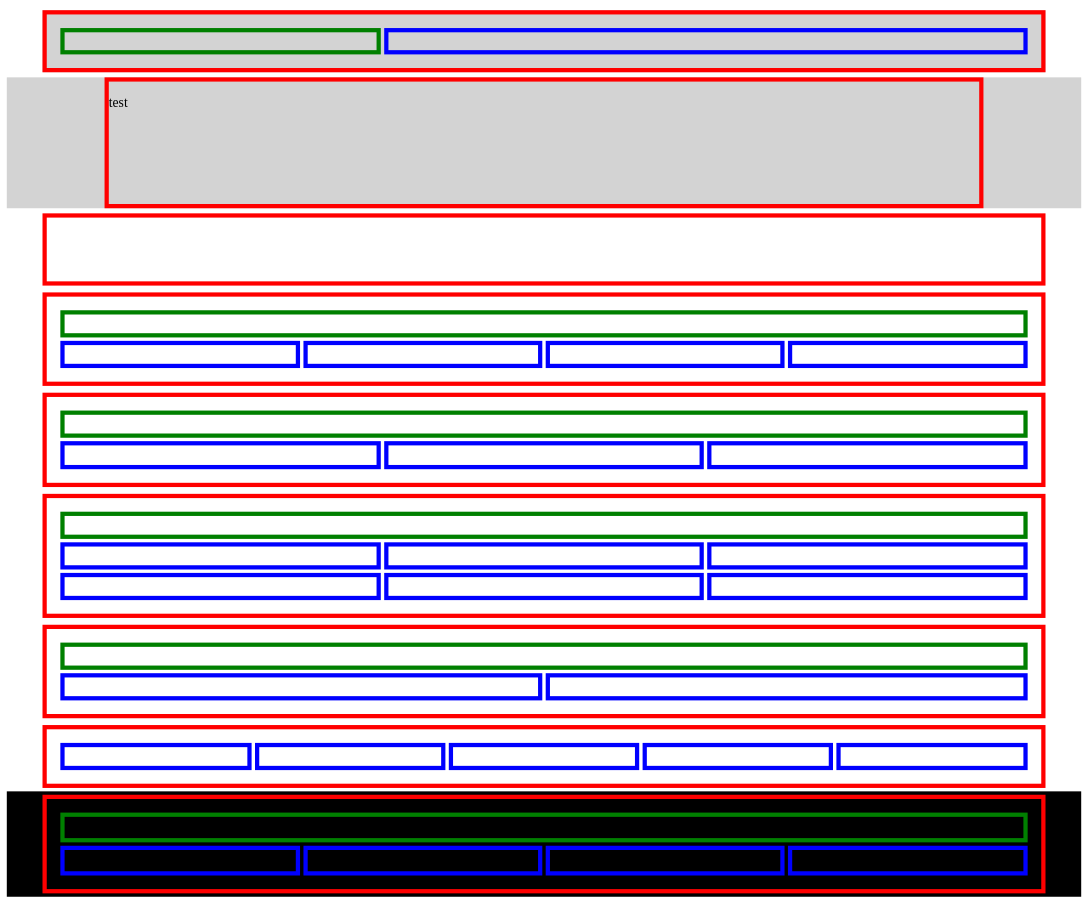
Repository: anderscederberg11/LAB2BG
Page: index.html
These files come from the project's save history. The page is drawn as it stood at one moment and after the next save; the edit follows.
The browser window is 1280 px wide. The pictures show the whole page, at 85% of full size.

Above is the page before, as saved 2024-01-30 23:03:14.

### index.html
<!doctype html>
<html class="no-js" lang="en">

<head>
  <meta charset="utf-8">
  <meta name="viewport" content="width=device-width, initial-scale=1">
  <title>Sebastians Wonderful Website</title>
  <link rel="stylesheet" href="css/style.css">
  <meta name="description" content="sebastians website">
  <meta property="og:title" content="Sebastians Wonderful Website">
  <meta property="og:type" content="website">
  <meta property="og:url" content="https://www.SebastianWebsite.com">
  <!--<meta property="og:image" content=""> -->

  <link rel="icon" href="/favicon.ico" sizes="any">
  <link rel="icon" href="/icon.svg" type="image/svg+xml">
  <link rel="apple-touch-icon" href="icon.png">

</head>
    <body class="displayContainer">

        <header class="headerContainer">
            <div class="headerTitleContainer">
                <h1 class="title"></h1>
            </div>
            <div class="headerImageContainer"></div>
        </header>

        <div class="sectionOne">
            <div class="sectionOneImage">
                <div class="sectionOneList">
                    <p>test</p>
                </div>
                <!-- image -->
            </div>
        </div>

        <div class="sectionTwo">
            <h1 class="title"></h1>
        </div>

        <div class="sectionThree">
            <div class="headerSectionThree">
                <h2 class="secondHeader"></h2>
                <h5 class="subHeader"></h5>
            </div>
            <div class="card"></div>
            <div class="card"></div>
            <div class="card"></div>
            <div class="card"></div>
        </div>

        <div class="sectionFour">
            <div class="headerSectionFour">
                <h2 class="secondHeader"></h2>
                <h5 class="subHeader"></h5>
            </div>
            <div class="card-special"></div>
            <div class="card"></div>
            <div class="card"></div>
        </div>

        <div class="sectionFive">
            <div class="headerSectionFive">
                <h2 class="secondHeader"></h2>
                <h5 class="subHeader"></h5>
            </div>
            <div class="card"></div>
            <div class="card"></div>
            <div class="card"></div>
            <div class="card"></div>
            <div class="card"></div>
            <div class="card"></div>
        </div>

        <div class="sectionSix">
            <div class="headerSectionSix">
                <h2 class="secondHeader"></h2>
                <h5 class="subHeader"></h5>
            </div>
            <div class="card-special"></div>
            <div class="card-special"></div>
        </div>

        <div class="sectionSeven">
            <div class="card"></div>
            <div class="card"></div>
            <div class="card"></div>
            <div class="card"></div>
            <div class="card"></div>
        </div>

        <footer class="footerContainer">
            <div class="sectionFooter">
                <div class="footerInfo"><h6></h6></div>
                <div class="footerInfoCard"><h4></h4></div>
                <div class="footerInfoCard"><h4></h4></div>
                <div class="footerInfoCard"><h4></h4></div>
                <div class="footerInfoCard"><h4></h4></div>
            </div>
        </footer>

    </body>
</html>

### css/style.css
.displayContainer{
  display:flex;
  flex-direction: column;
  align-items: center;
}

.card, .card-special {
  border: 5px solid blue;
}

.headerContainer{
  grid-template-columns: repeat(3, 1fr);
  background-color: lightgrey;
}

.headerTitleContainer{
  border: 5px solid green;
}

.headerImageContainer{
  grid-column: 2/4;
  border: 5px solid blue;
}

.sectionOne{
  display:flex;
  flex-direction: column;
  align-items: center;
  background-color: lightgrey;
  width:100%;
  border:none;
  margin:0.25vh;
}

.sectionOneList{

}

.sectionOneImage{
  width:80vw;
  height:20vh;
  border: 5px solid red;
}

.headerContainer, .sectionTwo, .sectionThree, .sectionFour, .sectionFive, .sectionSix, .sectionSeven, .sectionFooter{
  display:grid;
  width:90%;
  grid-gap:0.25em;
  padding:1em;
  margin:0.25em;
  border: 5px solid red;
}
.headerSectionThree, .headerSectionFour, .headerSectionFive, .headerSectionSix, .footerInfo{
  border: 5px solid green;
}

.sectionThree, .sectionFooter{
  grid-template-columns: repeat(4, 1fr);
  grid-template-rows: repeat(2, 1fr);
}

.headerSectionThree, .footerInfo{
  grid-column: span 4;
}

.sectionFour{
  grid-template-columns: repeat(3, 1fr);
  grid-template-rows: repeat(2, 1fr);
}

.headerSectionFour{
  grid-column: span 3;
}

.sectionFive{
  grid-template-columns: repeat(3, 1fr);
  grid-template-rows: repeat(3, 1fr);
}

.headerSectionFive{
  grid-column: span 3;
}

.sectionSix{
  grid-template-columns: repeat(2, 1fr);
  grid-template-rows: repeat(2, 1fr);
}

.headerSectionSix{
  grid-column: span 2;
}

.sectionSeven{
  grid-template-columns: repeat(5, 1fr);
  height:31.51px; /*REMOVE*/
}

.footerContainer{
  display:flex;
  flex-direction: column;
  align-items: center;
  width:100%;
  background-color: black;
}

.sectionFooter{

}

.footerInfo{

}

.footerInfoCard{
  border: 5px solid blue;
}

@media screen and (max-width: 40em) {
  .sectionThree, .sectionFour, .sectionFooter, .sectionFive{
    grid-template-columns: repeat(2, 1fr);
    grid-template-rows: repeat(3, 1fr);
  }

  .headerSectionThree, .footerInfo, .headerSectionFour, .sectionFour .card-special, .headerSectionFive {
    grid-column: span 2;
  }

  .sectionFive{
    grid-template-rows: repeat(4, 1fr);
  }

  .sectionSix{
    grid-template-columns: repeat(1, 1fr);
    grid-template-rows: repeat(3, 1fr);
  }

  .headerSectionSix{
    grid-column: span 1;
  }

}

After the next save:
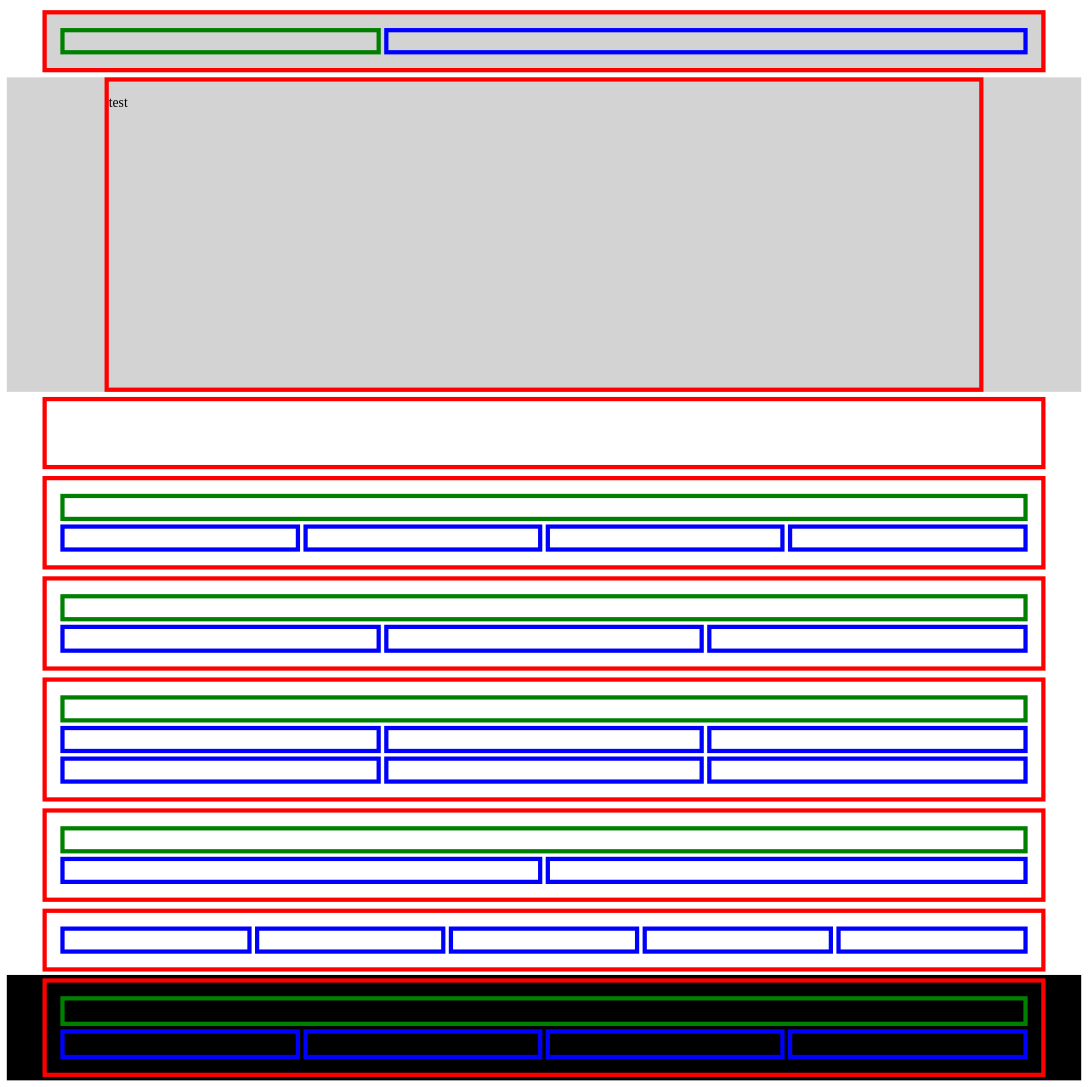
Saved 4 s later.
--- a/css/style.css
+++ b/css/style.css
@@ -38,7 +38,7 @@
 
 .sectionOneImage{
   width:80vw;
-  height:20vh;
+  height:50vh;
   border: 5px solid red;
 }
 
